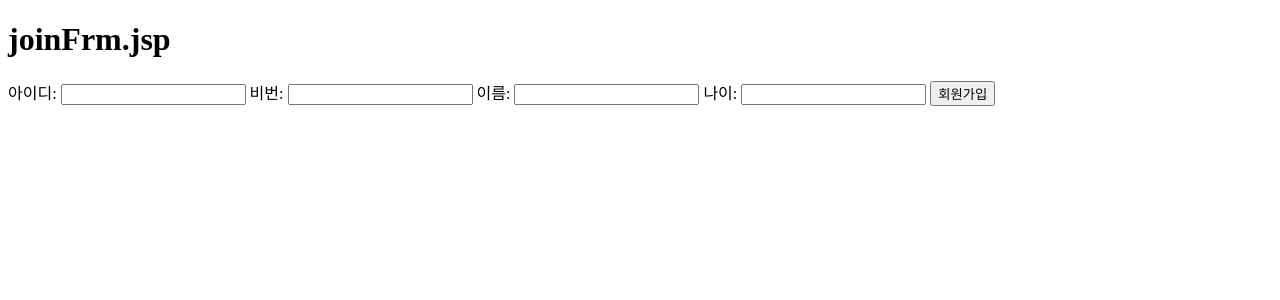
Repository: SouthSea0613/401_Unauthorized_java
Page: http://localhost/1129/joinFrm.jsp
These files come from the project's save history. The page is drawn as it stood at one moment and after the next save; the edit follows.
The browser window is 1280 px wide. The pictures show the whole page.
The page is served by Tomcat 9.

Above is the page before, as saved 2024-12-01 11:52:04.

After the next save:
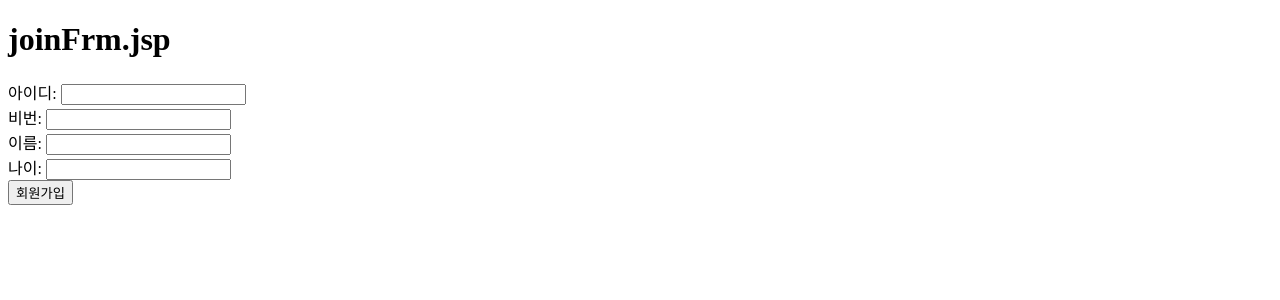
Saved 101 s later.
--- a/1129/src/main/webapp/joinFrm.jsp
+++ b/1129/src/main/webapp/joinFrm.jsp
@@ -9,10 +9,10 @@
 <body>
 <h1>joinFrm.jsp</h1>
 <form action="join">
-	아이디: <input type="text" name="id" />
-	비번: <input type="text" name="pw" />
-	이름: <input type="text" name="name" />
-	나이: <input type="text" name="age" />
+	아이디: <input type="text" name="id" /><br>
+	비번: <input type="text" name="pw" /><br>
+	이름: <input type="text" name="name" /><br>
+	나이: <input type="text" name="age" /><br>
 	<input type="submit" value="회원가입">
 </form>
 </body>
